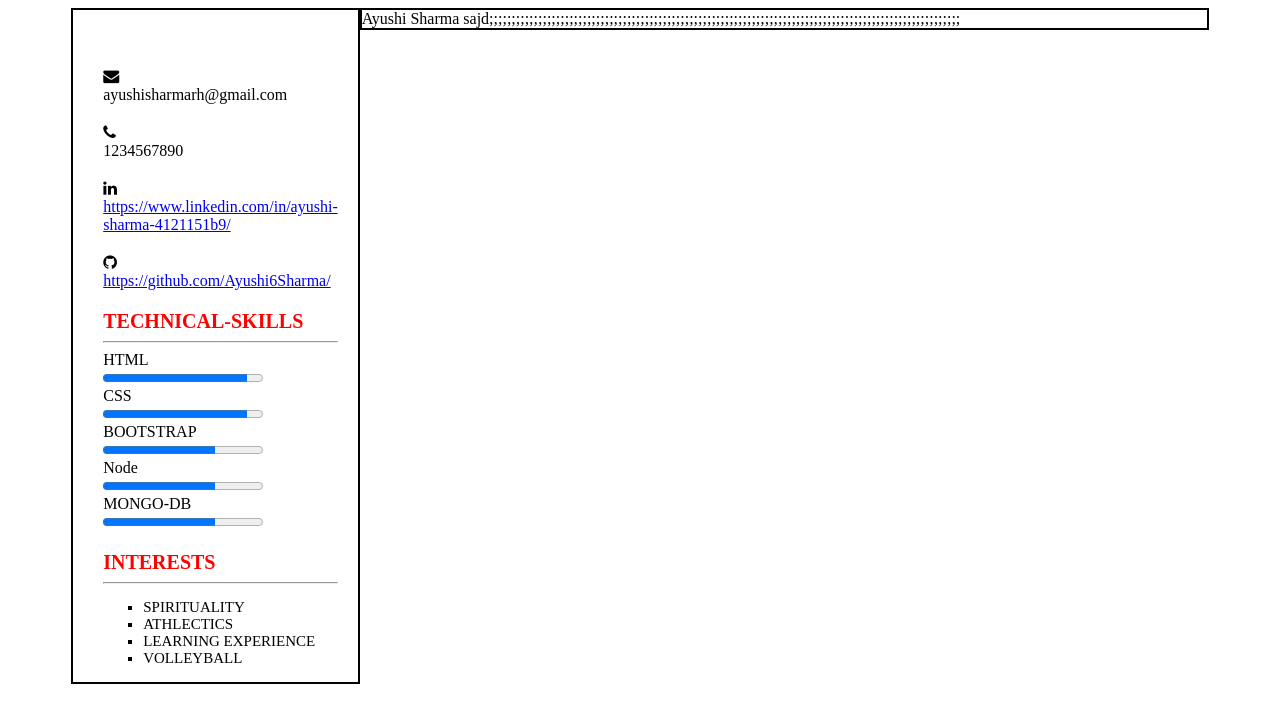
Repository: Ayushi6Sharma/Resume
Page: index.html
The author's editor kept a copy of each file at every save. The page is drawn from the files as they stood at one save, then again after the next save.
The browser window is 1280 px wide. The pictures show the whole page.

Above is the page before, as saved 2022-05-04 00:34:41.

### index.html
<!DOCTYPE html>
<html lang="en">
    <head>
        <meta charset="utf-8">
        <meta http-equiv="X-UA-Compatible" content="IE=edge">
        <meta name="viewport" content="width=device-width, initial-scale=1">
        <meta name="description" content="Responsive resume for companies">
        <meta name="author" content="Ayushi Sharma">
        <div class="profile-linkedin"></div>
        <link rel="stylesheet" href="style.css">
        <!-- <link rel="stylesheet" href="https://cdn.jsdelivr.net/npm/@fortawesome/fontawesome-free@5.15.4/css/fontawesome.min.css" integrity="sha384-jLKHWM3JRmfMU0A5x5AkjWkw/EYfGUAGagvnfryNV3F9VqM98XiIH7VBGVoxVSc7" crossorigin="anonymous"> -->
        <!-- <link href="https://cdnjs.cloudflare.com/ajax/libs/font-awesome/5.13.0/css/all.min.css" rel="stylesheet"> -->
        <link rel="stylesheet" href="https://stackpath.bootstrapcdn.com/font-awesome/4.7.0/css/font-awesome.min.css" integrity="sha384-wvfXpqpZZVQGK6TAh5PVlGOfQNHSoD2xbE+QkPxCAFlNEevoEH3Sl0sibVcOQVnN" crossorigin="anonymous">
        <title>Resume</title>
    </head>
    <body>
        <main class="main-content" contenteditable="false">
            <section>
                <div class="left-main-content">
                    <!-- Profile data -->
                    <div class="profile-data">
                        <div class="profile-image">
                           <img src="" class="img">
                        </div>
                        <div class="profile-email">
                            <div class="email-icon">
                                <i class="fa fa-envelope"></i>
                            </div>
                            <div class="email-address">
                                ayushisharmarh@gmail.com
                            </div>
                        </div>
                        <div class="profile-contact">
                            <div class="phone-icon">
                                <i class="fa fa-phone"></i>
                            </div>
                            <div class="phone-number">
                                1234567890
                            </div>
                        </div>
                        <div class="profile-linkedin">
                            <div class="linkedid-icon">
                                <i class="fa fa-linkedin"></i>
                            </div>
                            <div class="linkedin-account">
                                <a href="https://www.linkedin.com/in/ayushi-sharma-4121151b9/">https://www.linkedin.com/in/ayushi-sharma-4121151b9/</a>
                            </div>
                        </div>
                        <div class="profile-github">
                            <div class="github-icon">
                                <i class="fa fa-github"></i>
                            </div>
                            <div class="github account-account">
                               <a href="https://github.com/Ayushi6Sharma/">https://github.com/Ayushi6Sharma/</a>
                            </div>
                        </div>
                    </div>
                    <!-- Technical Skills -->
                    <div class="technical-skills">
                        <div class="title">
                            TECHNICAL-SKILLS
                        </div>
                        <hr>
                        <div class="skills">
                            <div class="skill-item">
                                HTML
                            </div>
                            <div class="skill-knowledge">
                                <progress value="90" max="100" class="bar"></progress>
                            </div>
                        </div>
                        <div class="skills">
                            <div class="skill-item">
                                CSS
                            </div>
                            <div class="skill-knowledge">
                                <progress value="90" max="100" class="bar"></progress>
                            </div>
                        </div>
                        <div class="skills">
                            <div class="skill-item">
                                BOOTSTRAP
                            </div>
                            <div class="skill-knowledge">
                                <progress value="70" max="100" class="bar"></progress>
                            </div>
                        </div>
                        <div class="skills">
                            <div class="skill-item">
                                Node
                            </div>
                            <div class="skill-knowledge">
                                <progress value="70" max="100" class="bar"></progress>
                            </div>
                        </div>
                        <div class="skills">
                            <div class="skill-item">
                                MONGO-DB
                            </div>
                            <div class="skill-knowledge">
                                <progress value="70" max="100" class="bar"></progress>
                            </div>
                        </div>
                    </div>
                    <!-- Interests -->
                    <div class="Interests">
                        <div class="title">
                            INTERESTS
                        </div>
                        <hr>
                        <ol class="interest-items">
                            <li>SPIRITUALITY</li>
                            <li>ATHLECTICS</li>
                            <li>LEARNING EXPERIENCE</li>
                            <li>VOLLEYBALL</li>
                        </ol>

                    </div>

                </div>

            </section>
            <section>
                <div class="right-main-content">
                     <div class="about">
                         <div class="name">Ayushi Sharma sajd;;;;;;;;;;;;;;;;;;;;;;;;;;;;;;;;;;;;;;;;;;;;;;;;;;;;;;;;;;;;;;;;;;;;;;;;;;;;;;;;;;;;;;;;;;;;;;;;;;;;;;;;;;</div>
                         <div class="details"></div>
                     </div>
                     <div class="education">
                     </div>
                     <div class="courses-and-trainings">
                     </div>
                     <div class="personal-projects">
                     </div>
                     <div class="personal-achievements">
                     </div>

                </div>
            </section>
        </main>
    </body>
</html>

### style.css

.main-content
{
    display: grid;
    grid-template-columns:1fr 3fr;
    width:90%;
    margin: auto;
}
.left-main-content
 {
     /* grid-column: span 1; */
    border:2px solid black;
    padding-left: 30px;
    padding-right: 20px;
}
.right-main-content
{
    /* grid-column: span 1/span 2; */
    border: 2px solid black;
}
.profile-data > div{
    margin-top: 20px;
}
/* technical skills */
.title{
    margin-top: 20px;
    font-weight: bold;
    font-size: 20px;
    color:red;
}
progress{
    color: aquamarine;
}
/* .bar
{
    border-radius:0px;
    background-color: aqua;
} */
/* Interest */
.interest-items{
    list-style-type: square;
    font-size: 15px;
}
@media only screen and (max-width:700px)
{   .main-content
    {
        grid-template-columns:repeat(1,1fr);
    }
}

After the next save:
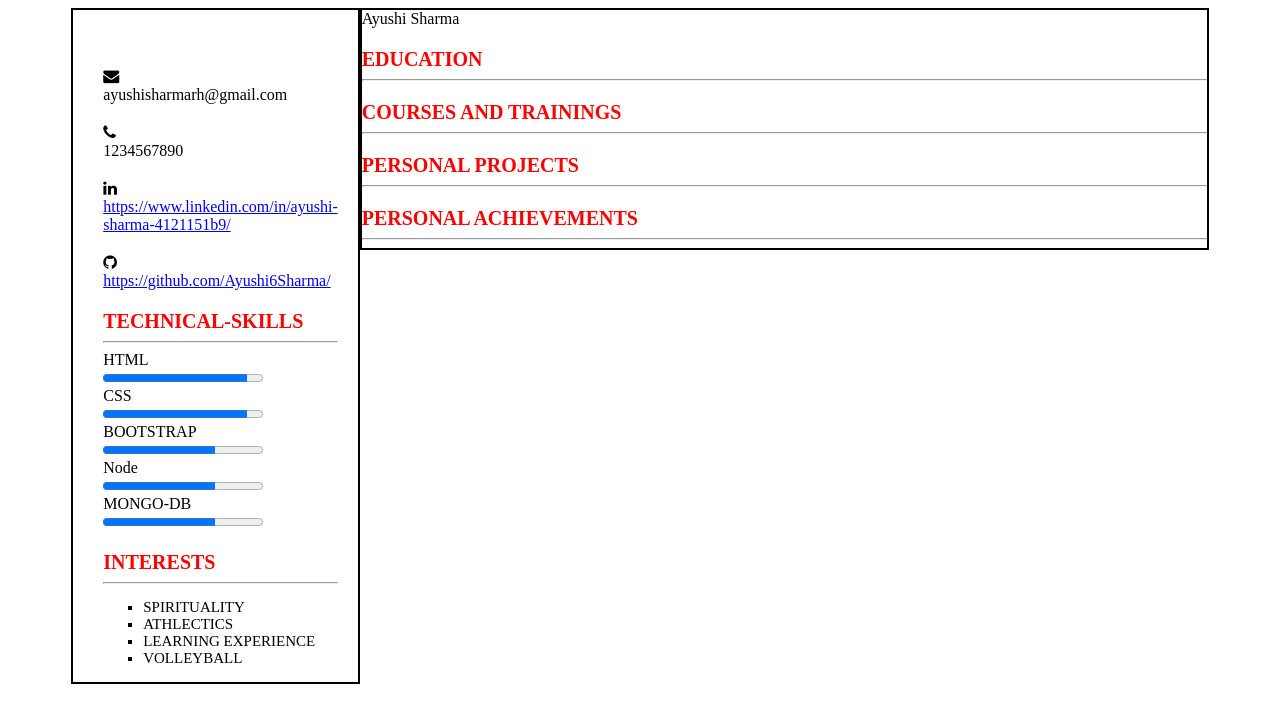
Saved 4 min 23 s later.
--- a/index.html
+++ b/index.html
@@ -123,16 +123,30 @@
             <section>
                 <div class="right-main-content">
                      <div class="about">
-                         <div class="name">Ayushi Sharma sajd;;;;;;;;;;;;;;;;;;;;;;;;;;;;;;;;;;;;;;;;;;;;;;;;;;;;;;;;;;;;;;;;;;;;;;;;;;;;;;;;;;;;;;;;;;;;;;;;;;;;;;;;;;</div>
+                         <div class="name">Ayushi Sharma</div>
                          <div class="details"></div>
                      </div>
                      <div class="education">
+                         <div class="title">
+                             EDUCATION
+                         </div>
+                         <hr>
                      </div>
                      <div class="courses-and-trainings">
+                         <div class="title">COURSES AND TRAININGS</div>
+                         <hr>
                      </div>
                      <div class="personal-projects">
+                        <div class="title">
+                            PERSONAL PROJECTS
+                        </div>
+                        <hr>
                      </div>
                      <div class="personal-achievements">
+                        <div class="title">
+                            PERSONAL ACHIEVEMENTS
+                        </div>
+                        <hr>
                      </div>
 
                 </div>
